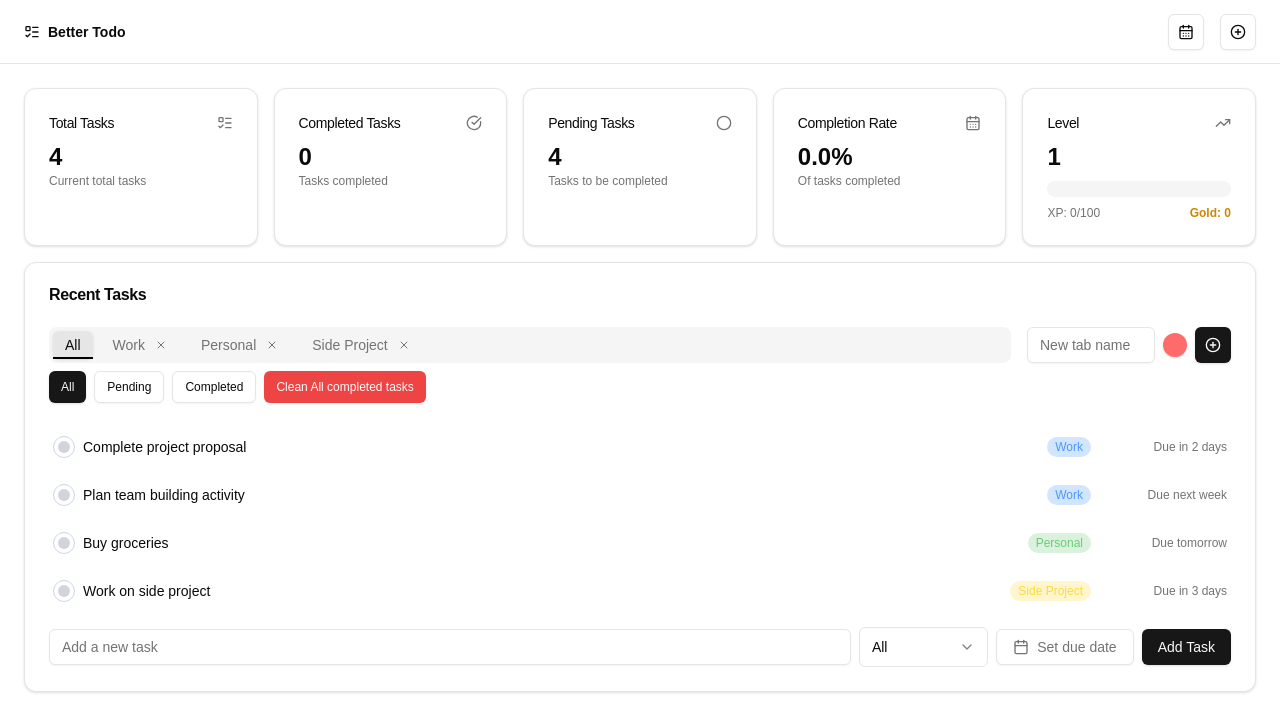
Repository: malikbarbier7/better-todo
Page: /dashboard
The author's editor kept a copy of each file at every save. The page is drawn from the files as they stood at one save, then again after the next save.
The browser window is 1280 px wide. The pictures show the whole page.
The project was rebuilt for these pictures with package versions that can differ from the ones it lists, and the page was loaded fresh each time. The framework's server and built-in components were replaced by stand-ins that run in the browser. Also part of the build but not shown: next.config.js, next.config.mjs, components/ui/calendar.tsx.

Above is the page before, as saved 2024-10-04 14:58:41.

After the next save:
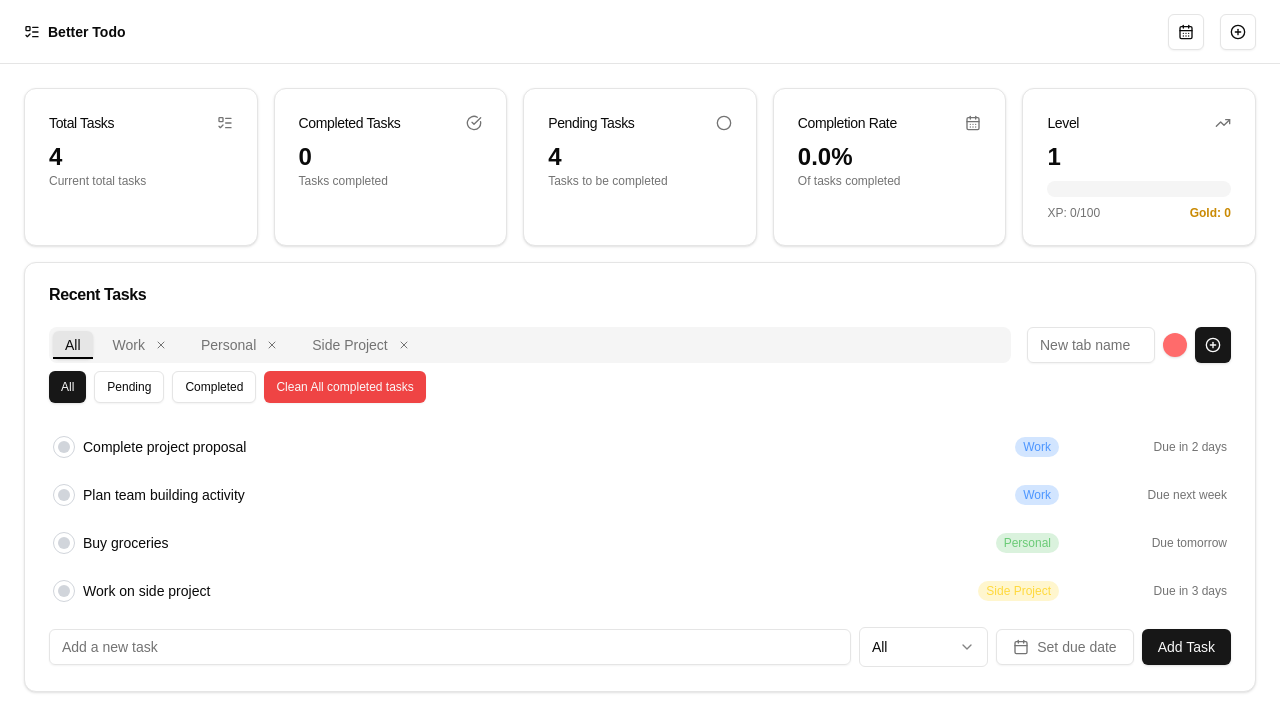
Saved 83 s later.
--- a/components/dashboard.tsx
+++ b/components/dashboard.tsx
@@ -20,7 +20,7 @@ import {
   PopoverContent,
   PopoverTrigger,
 } from "@/components/ui/popover"
-import { format } from "date-fns"
+import { format, formatDistanceToNow } from "date-fns"
 import { cn } from "@/lib/utils"
 
 const pasteColors = [
@@ -154,11 +154,12 @@ export function Dashboard() {
                 gainGold();
                 xpGained = true;
               }
+              const completionDate = new Date();
               return {
                 ...task,
                 status: newStatus,
                 xpGained: true,
-                dueDate: `Completed ${format(new Date(), "MMMM do, yyyy")}`
+                dueDate: `Completed ${formatDistanceToNow(completionDate, { addSuffix: true })}`
               };
             } else if (newStatus === 'pending') {
               return { ...task, status: newStatus, dueDate: 'Not set' };
@@ -500,7 +501,9 @@ export function Dashboard() {
                                 >
                                   {task.category}
                                 </span>
-                                <span className="text-xs text-muted-foreground w-32 text-right whitespace-nowrap">{task.dueDate}</span>
+                                <span className="text-xs text-muted-foreground w-40 text-right whitespace-nowrap overflow-hidden text-ellipsis">
+                                  {task.dueDate}
+                                </span>
                               </div>
                             </div>
                           </div>
